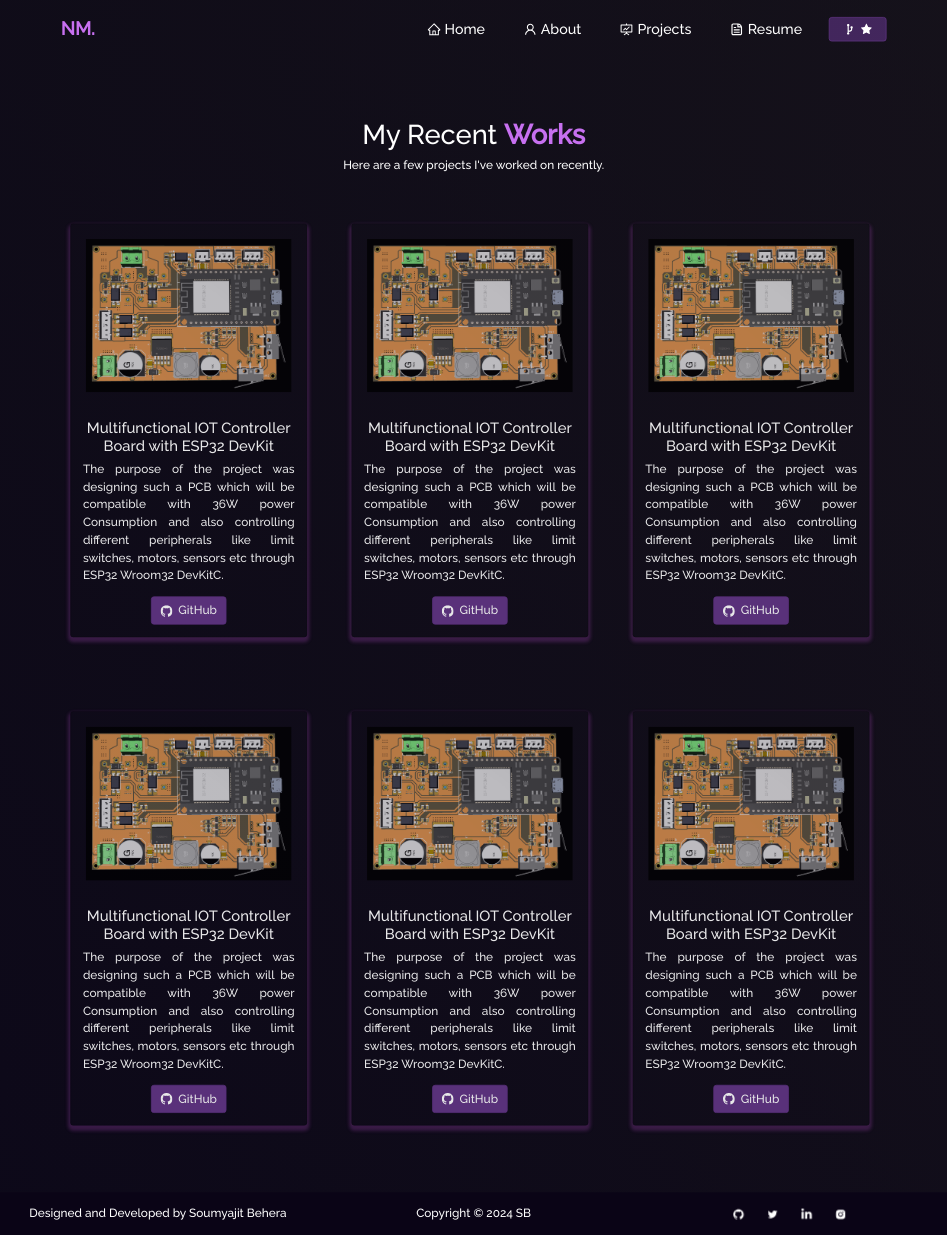
Repository: nenadMarkorvic/personal-website
Page: /project
These files come from the project's save history. The page is drawn as it stood at one moment and after the next save; the edit follows.
The browser window is 1280 px wide. The pictures show the whole page, at 74% of full size.
The project was rebuilt for these pictures with package versions that can differ from the ones it lists, and the page was loaded fresh each time. Also part of the build but not shown: src/components/Home/Home2.js, src/components/Home/Type.js, src/components/Home/Home.js, src/components/About/Github.js, src/components/About/AboutCard.js, src/components/About/Toolstack.js, src/components/About/About.js, src/components/Resume/ResumeNew.js. Imported but missing from the stored project, and not drawn on this page: src/Assets/Nenad Markovic_pcb.pdf.

Above is the page before, as saved 2024-08-29 10:52:29.

### src/components/Navbar.js
import React, { useState } from "react";
import Navbar from "react-bootstrap/Navbar";
import Nav from "react-bootstrap/Nav";
import Container from "react-bootstrap/Container";
import Button from "react-bootstrap/Button";
import { Link } from "react-router-dom";
import { CgGitFork } from "react-icons/cg";
import {
  AiFillStar,
  AiOutlineHome,
  AiOutlineFundProjectionScreen,
  AiOutlineUser,
} from "react-icons/ai";

import { CgFileDocument } from "react-icons/cg";

function NavBar() {
  const [expand, updateExpanded] = useState(false);
  const [navColour, updateNavbar] = useState(false);

  function scrollHandler() {
    if (window.scrollY >= 20) {
      updateNavbar(true);
    } else {
      updateNavbar(false);
    }
  }

  window.addEventListener("scroll", scrollHandler);

  return (
    <Navbar
      expanded={expand}
      fixed="top"
      expand="md"
      className={navColour ? "sticky" : "navbar"}
    >
      <Container>
        <Navbar.Brand href="/" className="d-flex">
          <p style={{ paddingTop: "10px", fontWeight: "bold", fontSize: "25px", color: "#c770f0" }}>NM.</p>
        </Navbar.Brand>
        <Navbar.Toggle
          aria-controls="responsive-navbar-nav"
          onClick={() => {
            updateExpanded(expand ? false : "expanded");
          }}
        >
          <span></span>
          <span></span>
          <span></span>
        </Navbar.Toggle>
        <Navbar.Collapse id="responsive-navbar-nav">
          <Nav className="ms-auto" defaultActiveKey="#home">
            <Nav.Item>
              <Nav.Link as={Link} to="/" onClick={() => updateExpanded(false)}>
                <AiOutlineHome style={{ marginBottom: "2px" }} /> Home
              </Nav.Link>
            </Nav.Item>

            <Nav.Item>
              <Nav.Link
                as={Link}
                to="/about"
                onClick={() => updateExpanded(false)}
              >
                <AiOutlineUser style={{ marginBottom: "2px" }} /> About
              </Nav.Link>
            </Nav.Item>

            <Nav.Item>
              <Nav.Link
                as={Link}
                to="/project"
                onClick={() => updateExpanded(false)}
              >
                <AiOutlineFundProjectionScreen
                  style={{ marginBottom: "2px" }}
                />{" "}
                Projects
              </Nav.Link>
            </Nav.Item>

            <Nav.Item>
              <Nav.Link
                as={Link}
                to="/resume"
                onClick={() => updateExpanded(false)}
              >
                <CgFileDocument style={{ marginBottom: "2px" }} /> Resume
              </Nav.Link>
            </Nav.Item>

            <Nav.Item className="fork-btn">
              <Button
                href="https://github.com/nenadMarkorvic"
                target="_blank"
                className="fork-btn-inner"
              >
                <CgGitFork style={{ fontSize: "1.2em" }} />{" "}
                <AiFillStar style={{ fontSize: "1.1em" }} />
              </Button>
            </Nav.Item>
          </Nav>
        </Navbar.Collapse>
      </Container>
    </Navbar>
  );
}

export default NavBar;

### src/components/Projects/Projects.js
import React from "react";
import { Container, Row, Col } from "react-bootstrap";
import ProjectCard from "./ProjectCards";
import Particle from "../Particle";

import project1 from '../../Assets/Projects/1.png'

function Projects() {
  return (
    <Container fluid className="project-section">
      <Particle />
      <Container>
        <h1 className="project-heading">
          My Recent <strong className="purple">Works </strong>
        </h1>
        <p style={{ color: "white" }}>
          Here are a few projects I've worked on recently.
        </p>
        <Row style={{ justifyContent: "center", paddingBottom: "10px" }}>
          <Col md={4} className="project-card">
            <ProjectCard
              imgPath={project1}
              isBlog={false}
              title="Multifunctional IOT Controller Board with ESP32 DevKit"
              description="The purpose of the project was designing such a PCB which will be compatible with 36W power Consumption and also controlling different peripherals like limit switches, motors, sensors etc through ESP32 Wroom32 DevKitC."
              ghLink=""
            />
          </Col>
          <Col md={4} className="project-card">
            <ProjectCard
              imgPath={project1}
              isBlog={false}
              title="Multifunctional IOT Controller Board with ESP32 DevKit"
              description="The purpose of the project was designing such a PCB which will be compatible with 36W power Consumption and also controlling different peripherals like limit switches, motors, sensors etc through ESP32 Wroom32 DevKitC."
              ghLink=""
            />
          </Col><Col md={4} className="project-card">
            <ProjectCard
              imgPath={project1}
              isBlog={false}
              title="Multifunctional IOT Controller Board with ESP32 DevKit"
              description="The purpose of the project was designing such a PCB which will be compatible with 36W power Consumption and also controlling different peripherals like limit switches, motors, sensors etc through ESP32 Wroom32 DevKitC."
              ghLink=""
            />
          </Col><Col md={4} className="project-card">
            <ProjectCard
              imgPath={project1}
              isBlog={false}
              title="Multifunctional IOT Controller Board with ESP32 DevKit"
              description="The purpose of the project was designing such a PCB which will be compatible with 36W power Consumption and also controlling different peripherals like limit switches, motors, sensors etc through ESP32 Wroom32 DevKitC."
              ghLink=""
            />
          </Col><Col md={4} className="project-card">
            <ProjectCard
              imgPath={project1}
              isBlog={false}
              title="Multifunctional IOT Controller Board with ESP32 DevKit"
              description="The purpose of the project was designing such a PCB which will be compatible with 36W power Consumption and also controlling different peripherals like limit switches, motors, sensors etc through ESP32 Wroom32 DevKitC."
              ghLink=""
            />
          </Col><Col md={4} className="project-card">
            <ProjectCard
              imgPath={project1}
              isBlog={false}
              title="Multifunctional IOT Controller Board with ESP32 DevKit"
              description="The purpose of the project was designing such a PCB which will be compatible with 36W power Consumption and also controlling different peripherals like limit switches, motors, sensors etc through ESP32 Wroom32 DevKitC."
              ghLink=""
            />
          </Col>

        </Row>
      </Container>
    </Container>
  );
}

export default Projects;

### src/components/Footer.js
import React from "react";
import { Container, Row, Col } from "react-bootstrap";
import {
  AiFillGithub,
  AiOutlineTwitter,
  AiFillInstagram,
} from "react-icons/ai";
import { FaLinkedinIn } from "react-icons/fa";

function Footer() {
  let date = new Date();
  let year = date.getFullYear();
  return (
    <Container fluid className="footer">
      <Row>
        <Col md="4" className="footer-copywright">
          <h3>Designed and Developed by Soumyajit Behera</h3>
        </Col>
        <Col md="4" className="footer-copywright">
          <h3>Copyright © {year} SB</h3>
        </Col>
        <Col md="4" className="footer-body">
          <ul className="footer-icons">
            <li className="social-icons">
              <a
                href="https://github.com/soumyajit4419"
                style={{ color: "white" }}
                target="_blank"
                rel="noopener noreferrer"
              >
                <AiFillGithub />
              </a>
            </li>
            <li className="social-icons">
              <a
                href="https://twitter.com/Soumyajit4419"
                style={{ color: "white" }}
                target="_blank"
                rel="noopener noreferrer"
              >
                <AiOutlineTwitter />
              </a>
            </li>
            <li className="social-icons">
              <a
                href="https://www.linkedin.com/in/soumyajit4419/"
                style={{ color: "white" }}
                target="_blank"
                rel="noopener noreferrer"
              >
                <FaLinkedinIn />
              </a>
            </li>
            <li className="social-icons">
              <a
                href="https://www.instagram.com/soumyajit4419"
                style={{ color: "white" }}
                target="_blank"
                rel="noopener noreferrer"
              >
                <AiFillInstagram />
              </a>
            </li>
          </ul>
        </Col>
      </Row>
    </Container>
  );
}

export default Footer;

### src/components/Particle.js
import React from "react";
import Particles from "react-tsparticles";

function Particle() {
  return (
    <Particles
      id="tsparticles"
      params={{
        particles: {
          number: {
            value: 160,
            density: {
              enable: true,
              value_area: 1500,
            },
          },
          line_linked: {
            enable: false,
            opacity: 0.03,
          },
          move: {
            direction: "right",
            speed: 0.05,
          },
          size: {
            value: 1,
          },
          opacity: {
            anim: {
              enable: true,
              speed: 1,
              opacity_min: 0.05,
            },
          },
        },
        interactivity: {
          events: {
            onclick: {
              enable: true,
              mode: "push",
            },
          },
          modes: {
            push: {
              particles_nb: 1,
            },
          },
        },
        retina_detect: true,
      }}
    />
  );
}

export default Particle;

### src/components/Projects/ProjectCards.js
import React from "react";
import Card from "react-bootstrap/Card";
import Button from "react-bootstrap/Button";
import { CgWebsite } from "react-icons/cg";
import { BsGithub } from "react-icons/bs";

function ProjectCards(props) {
  return (
    <Card className="project-card-view" style={{ width: '25vw' }}>
      <Card.Img variant="top" src={props.imgPath} alt="card-img" />
      <Card.Body>
        <Card.Title>{props.title}</Card.Title>
        <Card.Text style={{ textAlign: "justify" }}>
          {props.description}
        </Card.Text>
        <Button variant="primary" href={props.ghLink} target="_blank">
          <BsGithub /> &nbsp;
          {props.isBlog ? "Blog" : "GitHub"}
        </Button>
        {"\n"}
        {"\n"}
      </Card.Body>
    </Card>
  );
}
export default ProjectCards;

Loaded but not shown: public/index.html (common file); src/index.js (common file); src/index.css (common file); src/App.js (common file); src/reportWebVitals.js (common file); src/components/Pre.js (common file); src/components/ScrollToTop.js (common file); src/style.css (common file); src/App.css (common file)

After the next save:
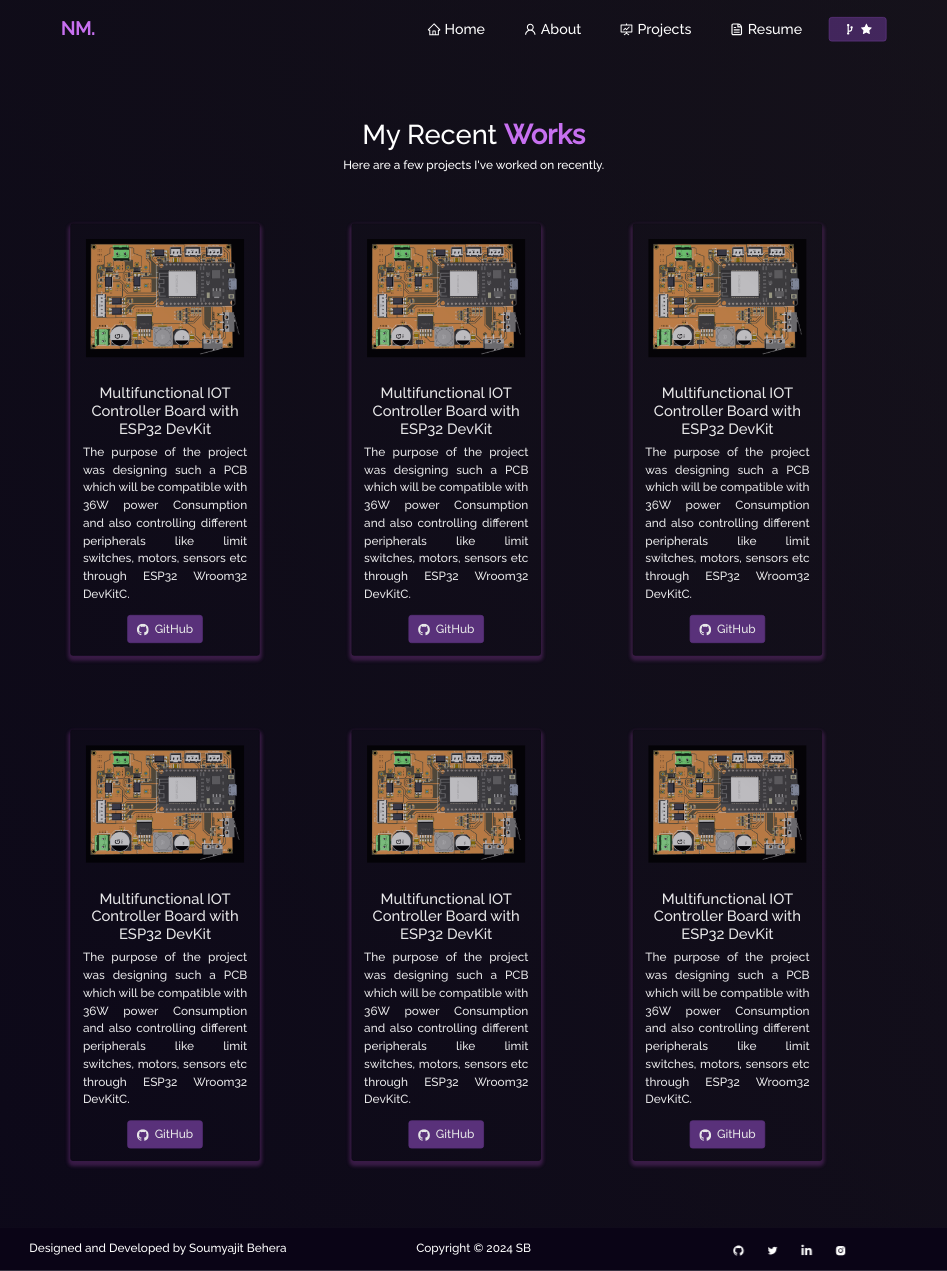
Saved 11 s later.
--- a/src/components/Projects/ProjectCards.js
+++ b/src/components/Projects/ProjectCards.js
@@ -6,7 +6,7 @@ import { BsGithub } from "react-icons/bs";
 
 function ProjectCards(props) {
   return (
-    <Card className="project-card-view" style={{ width: '25vw' }}>
+    <Card className="project-card-view" style={{ width: '20vw' }}>
       <Card.Img variant="top" src={props.imgPath} alt="card-img" />
       <Card.Body>
         <Card.Title>{props.title}</Card.Title>
